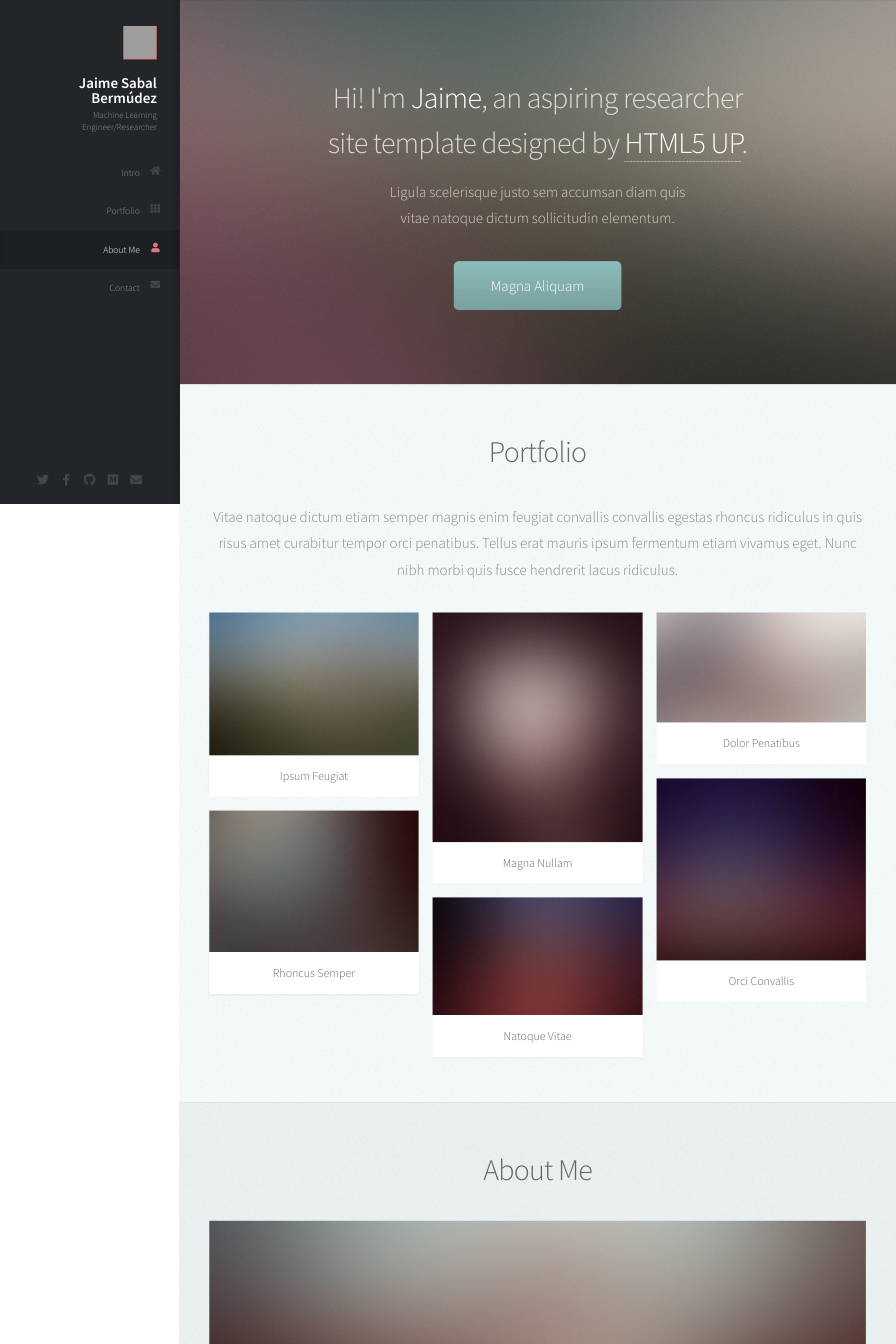
Repository: jaimesabalimperial/jaimesabalimperial.github.io
Page: index.html
The author's editor kept a copy of each file at every save. The page is drawn from the files as they stood at one save, then again after a run of saves.
The browser window is 1280 px wide. The pictures show the part of the page from y = 0 to 1920 px (the page is 3341 px tall), at 70% of full size.
Pictures or frames that could not be fetched are drawn as grey boxes.

Above is the page before, as saved 2022-10-04 11:31:34.

### index.html
<!DOCTYPE HTML>
<!--
	Prologue by HTML5 UP
	html5up.net | @ajlkn
	Free for personal and commercial use under the CCA 3.0 license (html5up.net/license)
-->
<html>
	<head>
		<title>Prologue by HTML5 UP</title>
		<meta charset="utf-8" />
		<meta name="viewport" content="width=device-width, initial-scale=1, user-scalable=no" />
		<link rel="stylesheet" href="assets/css/main.css" />
	</head>
	<body class="is-preload">

		<!-- Header -->
			<div id="header">

				<div class="top">

					<!-- Logo -->
						<div id="logo">
							<span class="image avatar48"><img src="images/profile2.jpeg" alt="" /></span>
							<h1 id="title">Jaime Sabal Bermúdez</h1>
							<p>Machine Learning Engineer/Researcher</p>
						</div>

					<!-- Nav -->
						<nav id="nav">
							<ul>
								<li><a href="#top" id="top-link"><span class="icon solid fa-home">Intro</span></a></li>
								<li><a href="#portfolio" id="portfolio-link"><span class="icon solid fa-th">Portfolio</span></a></li>
								<li><a href="#about" id="about-link"><span class="icon solid fa-user">About Me</span></a></li>
								<li><a href="#contact" id="contact-link"><span class="icon solid fa-envelope">Contact</span></a></li>
							</ul>
						</nav>

				</div>

				<div class="bottom">

					<!-- Social Icons -->
						<ul class="icons">
							<li><a href="#" class="icon brands fa-twitter"><span class="label">Twitter</span></a></li>
							<li><a href="#" class="icon brands fa-facebook-f"><span class="label">Facebook</span></a></li>
							<li><a href="https://github.com/jaimesabalimperial" class="icon brands fa-github"><span class="label">Github</span></a></li>
							<li><a href="https://medium.com/@jsabalb" class="icon brands fa-medium"><span class="label">Medium</span></a></li>
							<li><a href="mailto: jsabalb@gmail.com" class="icon solid fa-envelope"><span class="label">Email</span></a></li>
						</ul>

				</div>

			</div>

		<!-- Main -->
			<div id="main">

				<!-- Intro -->
					<section id="top" class="one dark cover">
						<div class="container">

							<header>
								<h2 class="alt">Hi! I'm <strong>Jaime</strong>, an aspiring researcher <br />
								site template designed by <a href="http://html5up.net">HTML5 UP</a>.</h2>
								<p>Ligula scelerisque justo sem accumsan diam quis<br />
								vitae natoque dictum sollicitudin elementum.</p>
							</header>

							<footer>
								<a href="#portfolio" class="button scrolly">Magna Aliquam</a>
							</footer>

						</div>
					</section>

				<!-- Portfolio -->
					<section id="portfolio" class="two">
						<div class="container">

							<header>
								<h2>Portfolio</h2>
							</header>

							<p>Vitae natoque dictum etiam semper magnis enim feugiat convallis convallis
							egestas rhoncus ridiculus in quis risus amet curabitur tempor orci penatibus.
							Tellus erat mauris ipsum fermentum etiam vivamus eget. Nunc nibh morbi quis
							fusce hendrerit lacus ridiculus.</p>

							<div class="row">
								<div class="col-4 col-12-mobile">
									<article class="item">
										<a href="#" class="image fit"><img src="images/pic02.jpg" alt="" /></a>
										<header>
											<h3>Ipsum Feugiat</h3>
										</header>
									</article>
									<article class="item">
										<a href="#" class="image fit"><img src="images/pic03.jpg" alt="" /></a>
										<header>
											<h3>Rhoncus Semper</h3>
										</header>
									</article>
								</div>
								<div class="col-4 col-12-mobile">
									<article class="item">
										<a href="#" class="image fit"><img src="images/pic04.jpg" alt="" /></a>
										<header>
											<h3>Magna Nullam</h3>
										</header>
									</article>
									<article class="item">
										<a href="#" class="image fit"><img src="images/pic05.jpg" alt="" /></a>
										<header>
											<h3>Natoque Vitae</h3>
										</header>
									</article>
								</div>
								<div class="col-4 col-12-mobile">
									<article class="item">
										<a href="#" class="image fit"><img src="images/pic06.jpg" alt="" /></a>
										<header>
											<h3>Dolor Penatibus</h3>
										</header>
									</article>
									<article class="item">
										<a href="#" class="image fit"><img src="images/pic07.jpg" alt="" /></a>
										<header>
											<h3>Orci Convallis</h3>
										</header>
									</article>
								</div>
							</div>

						</div>
					</section>

				<!-- About Me -->
					<section id="about" class="three">
						<div class="container">

							<header>
								<h2>About Me</h2>
							</header>

							<a href="#" class="image featured"><img src="images/pic08.jpg" alt="" /></a>

							<p>Tincidunt eu elit diam magnis pretium accumsan etiam id urna. Ridiculus
							ultricies curae quis et rhoncus velit. Lobortis elementum aliquet nec vitae
							laoreet eget cubilia quam non etiam odio tincidunt montes. Elementum sem
							parturient nulla quam placerat viverra mauris non cum elit tempus ullamcorper
							dolor. Libero rutrum ut lacinia donec curae mus vel quisque sociis nec
							ornare iaculis.</p>

						</div>
					</section>

				<!-- Contact -->
					<section id="contact" class="four">
						<div class="container">

							<header>
								<h2>Contact</h2>
							</header>

							<p>Elementum sem parturient nulla quam placerat viverra
							mauris non cum elit tempus ullamcorper dolor. Libero rutrum ut lacinia
							donec curae mus. Eleifend id porttitor ac ultricies lobortis sem nunc
							orci ridiculus faucibus a consectetur. Porttitor curae mauris urna mi dolor.</p>

							<form method="post" action="#">
								<div class="row">
									<div class="col-6 col-12-mobile"><input type="text" name="name" placeholder="Name" /></div>
									<div class="col-6 col-12-mobile"><input type="text" name="email" placeholder="Email" /></div>
									<div class="col-12">
										<textarea name="message" placeholder="Message"></textarea>
									</div>
									<div class="col-12">
										<input type="submit" value="Send Message" />
									</div>
								</div>
							</form>

						</div>
					</section>

			</div>

		<!-- Footer -->
			<div id="footer">

				<!-- Copyright -->
					<ul class="copyright">
						<li>&copy; Untitled. All rights reserved.</li><li>Design: <a href="http://html5up.net">HTML5 UP</a></li>
					</ul>

			</div>

		<!-- Scripts -->
			<script src="assets/js/jquery.min.js"></script>
			<script src="assets/js/jquery.scrolly.min.js"></script>
			<script src="assets/js/jquery.scrollex.min.js"></script>
			<script src="assets/js/browser.min.js"></script>
			<script src="assets/js/breakpoints.min.js"></script>
			<script src="assets/js/util.js"></script>
			<script src="assets/js/main.js"></script>

	</body>
</html>

Loaded but not shown: assets/css/fontawesome-all.min.css (library); assets/js/jquery.min.js (library); assets/js/jquery.scrolly.min.js (common file); assets/js/jquery.scrollex.min.js (common file); assets/js/browser.min.js (common file); assets/js/breakpoints.min.js (common file); assets/js/util.js (587 lines, source omitted); assets/js/main.js (123 lines, source omitted); assets/css/main.css (2633 lines, source omitted)

After the next 2 saves:
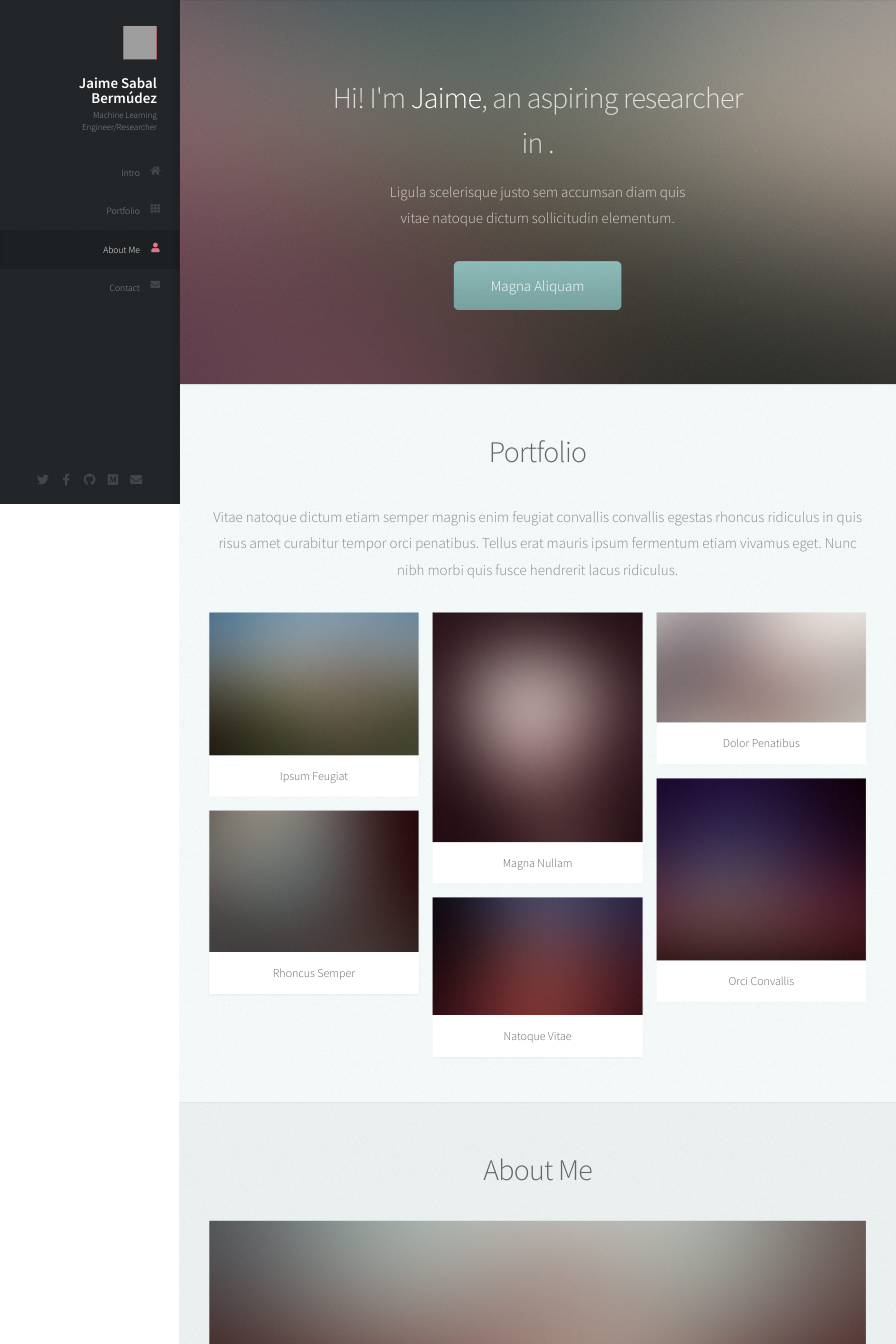
The 2 saves are shown as one change because they came seconds apart.
The last was saved 10 s later.
--- a/index.html
+++ b/index.html
@@ -61,7 +61,7 @@
 
 							<header>
 								<h2 class="alt">Hi! I'm <strong>Jaime</strong>, an aspiring researcher <br />
-								site template designed by <a href="http://html5up.net">HTML5 UP</a>.</h2>
+								in </a>.</h2>
 								<p>Ligula scelerisque justo sem accumsan diam quis<br />
 								vitae natoque dictum sollicitudin elementum.</p>
 							</header>
